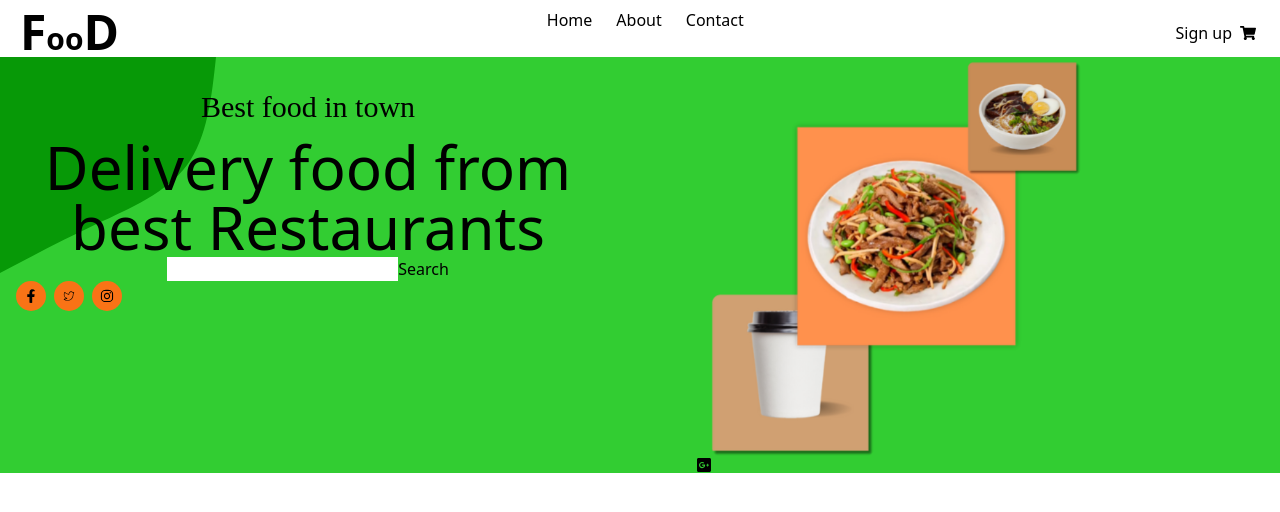
Repository: KhushiCode14/FoodWeb
Page: /
The author's editor kept a copy of each file at every save. The page is drawn from the files as they stood at one save, then again after the next save.
The browser window is 1280 px wide. The pictures show the whole page.
The project was rebuilt for these pictures with package versions that can differ from the ones it lists, and the page was loaded fresh each time. Also part of the build but not shown: src/components/Home/SignUp.tsx, src/components/Home/SignIn.tsx.

Above is the page before, as saved 2024-09-19 20:10:36.

### src/index.css
@tailwind base;
@tailwind components;
@tailwind utilities;

.bgBack{
  background-image: url(../src/components/images/background.svg);
}

### src/App.tsx
import { Route, BrowserRouter as Router, Routes ,  } from 'react-router-dom';
import './App.css';
import Navbar from './Pages/Navbar';
import Home from './Pages/Home';
import SignUp from './components/Home/SignUp';
import SignIn from './components/Home/SignIn';

function App() {
  return (
    <div className="App">
      <Router>
        <Navbar/>
      <Routes>
        <Route  path="/" element={<Home/>} />
        <Route  path="/signUp" element={<SignUp/>} />
        <Route  path="/signIn" element={<SignIn/>} />
        {/* <Route  path="/about" element={About} />
        <Route  path="/contact" element={Contact} /> */}
        </Routes>
      </Router>

    </div>
  );
}

export default App;

### src/Pages/Navbar.tsx
import { NavLink } from "react-router-dom"
import { Link } from "react-router-dom"
import { FaShoppingCart } from "react-icons/fa";
import { FaCartPlus } from "react-icons/fa";
import { useState } from "react";
interface nav {
  to: string,
  linkName: string

}
const Navbar: React.FC = () => {
  const [sign, setSign] = useState<string>('Sign up');
  const [cart, setCart] = useState<JSX.Element>(<FaShoppingCart />);
  const navLink: nav[] = [
    { to: "/", linkName: "Home" },
    { to: "/about", linkName: "About" },
    { to: "/contact", linkName: "Contact" },
    // Add more links as needed
  ]
  const handleSign = () => {
    setSign(sign === 'Sign up'? 'Sign in' : 'Sign up');
  }
  const handleCart = () => {
    setCart(prevCart =>
      prevCart.type === FaShoppingCart ? <FaCartPlus /> : <FaShoppingCart />
    );
  };

  return (
    <div className="mx-5  mt-2 flex justify-between">
      <div className="font-bold text-3xl"><h1><span className=" text-5xl">F</span>oo<span className=" text-5xl">D</span></h1></div>
      <div>
        {
          navLink.map((link, index) => (
            <Link key={index} to={link.to} className="mx-3 hover:text-gray-800">
              {link.linkName}
            </Link>
          ))
        }
      </div>
      <div className="flex justify-center items-center">
        <button><NavLink to="/signUp" onClick={handleSign} className="m-1">{sign}</NavLink></button>

        <div onClick={handleCart}className="m-1" >
          {cart}
        </div>



      </div>
    </div>
  )
}

export default Navbar

### src/Pages/Home.tsx

import { FaFacebookF, FaGooglePlusSquare, FaInstagram, } from "react-icons/fa"
import { CiTwitter } from "react-icons/ci";
import food from "../components/images/food.png"
import { Link } from "react-router-dom";
const Home: React.FC = () => {
  return (

    <div className=" flex  gap-20 bgBack justify-center ">

      <div className="w-1/2 justify-center items-center m-4 mt-8 ">
        <h3 className="font-cursive text-3xl mb-3">Best food in town</h3>
        <h1 className="text-6xl">Delivery food from best Restaurants</h1>
        <div>
          <input type="text"></input>
          <button>Search</button>
          <div className="flex gap-2  ">
            <Link to="/about"><FaFacebookF  size={30}className="bg-orange-500  text-black rounded-full font-extrabold  p-2"/>
            </Link>
            <Link to=""> < CiTwitter  size={30}className="bg-orange-500  p-2 rounded-full" />
            </Link>
            <Link to="">  <FaInstagram  size={30}className="bg-orange-500  p-2 rounded-full" />
            </Link>

          </div>
        </div>
      </div>
      <div className="w-1/2 items-center justify-center" >
        <img src={food} alt="logo" width={400} />
        <FaGooglePlusSquare />
      </div>
    </div>
  )
}

export default Home

### tailwind.config.js
/** @type {import('tailwindcss').Config} */
module.exports = {
  content: [
    "./src/**/*.{js,jsx,ts,tsx}",
  ],
  theme: {
    extend: {
      fontFamily: {
        'cursive': ['Pacifico', 'cursive']
      }
    },
  },
  plugins: [],
}

Loaded but not shown: public/index.html (common file); src/index.tsx (common file); src/reportWebVitals.ts (common file); src/App.css (common file)

After the next save:
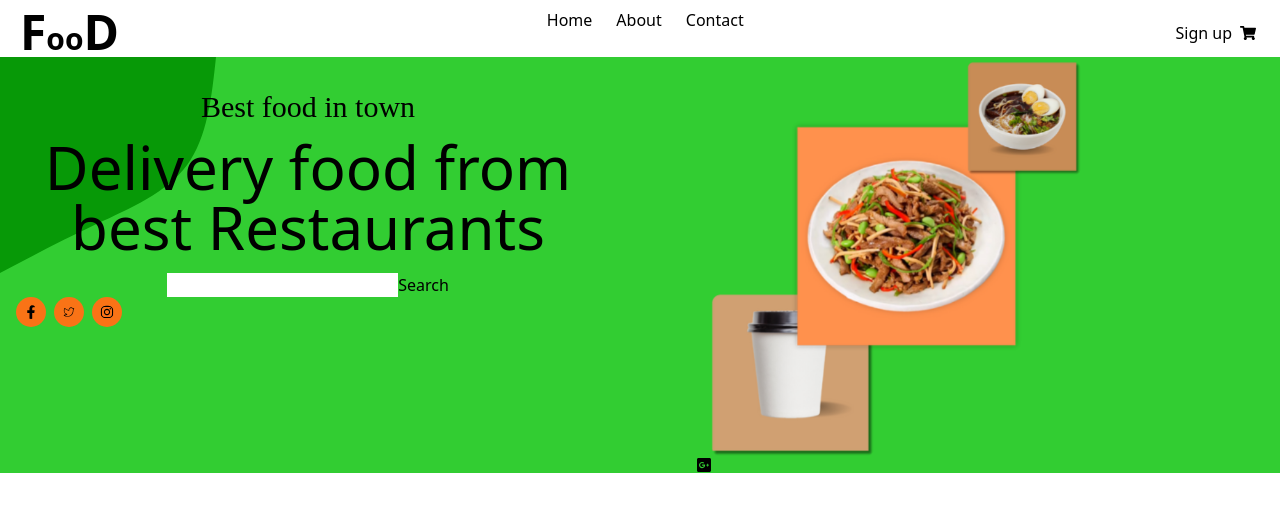
Saved 20 s later.
--- a/src/Pages/Home.tsx
+++ b/src/Pages/Home.tsx
@@ -10,7 +10,7 @@ const Home: React.FC = () => {
 
       <div className="w-1/2 justify-center items-center m-4 mt-8 ">
         <h3 className="font-cursive text-3xl mb-3">Best food in town</h3>
-        <h1 className="text-6xl">Delivery food from best Restaurants</h1>
+        <h1 className="text-6xl mb-4">Delivery food from best Restaurants</h1>
         <div>
           <input type="text"></input>
           <button>Search</button>
